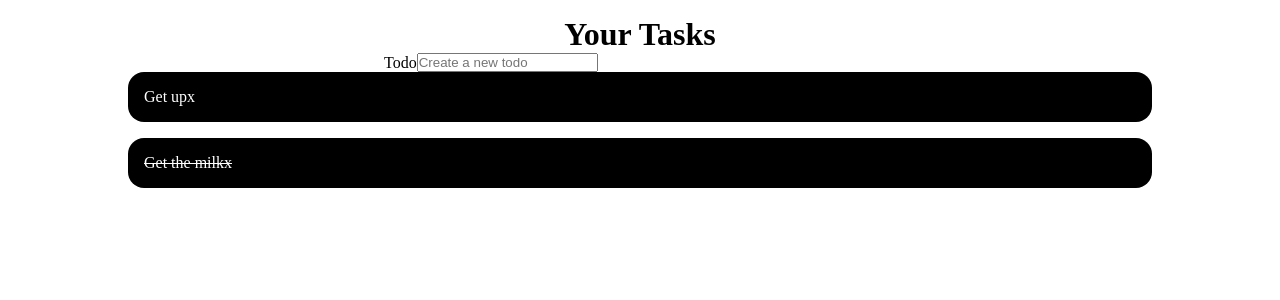
Repository: Heeeeeppo/todo-list
Page: / (app in frontend/)
An editor plug-in stored every save of this project. The page is shown before and after a run of saves, followed by the edit.
The browser window is 1280 px wide. The pictures show the whole page.
The project was rebuilt for these pictures with package versions that can differ from the ones it lists, and the page was loaded fresh each time.

Above is the page before, as saved 2023-11-07 19:34:22.

After the next 2 saves:
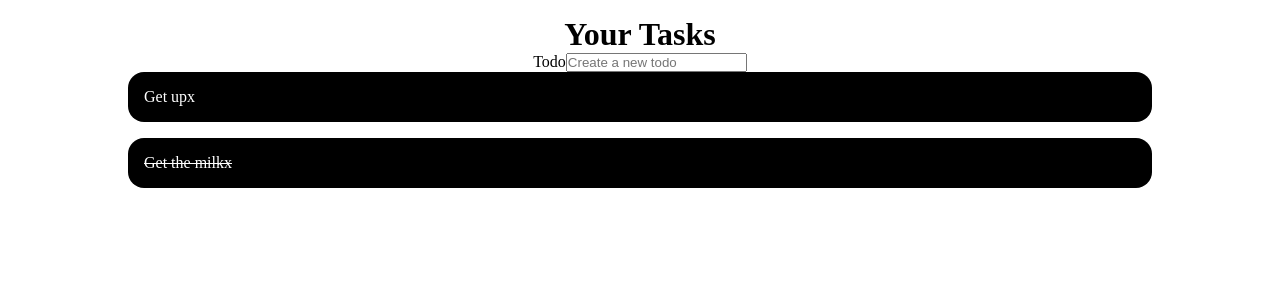
The 2 saves are shown as one change because they came seconds apart.
The last was saved 8 s later.
--- a/frontend/src/index.css
+++ b/frontend/src/index.css
@@ -16,7 +16,7 @@ h1 {
 .inputField {
   display: flex;
   width: 50%;
-  align-items: center;
+  justify-content: center;
   margin: auto;
 }
 
